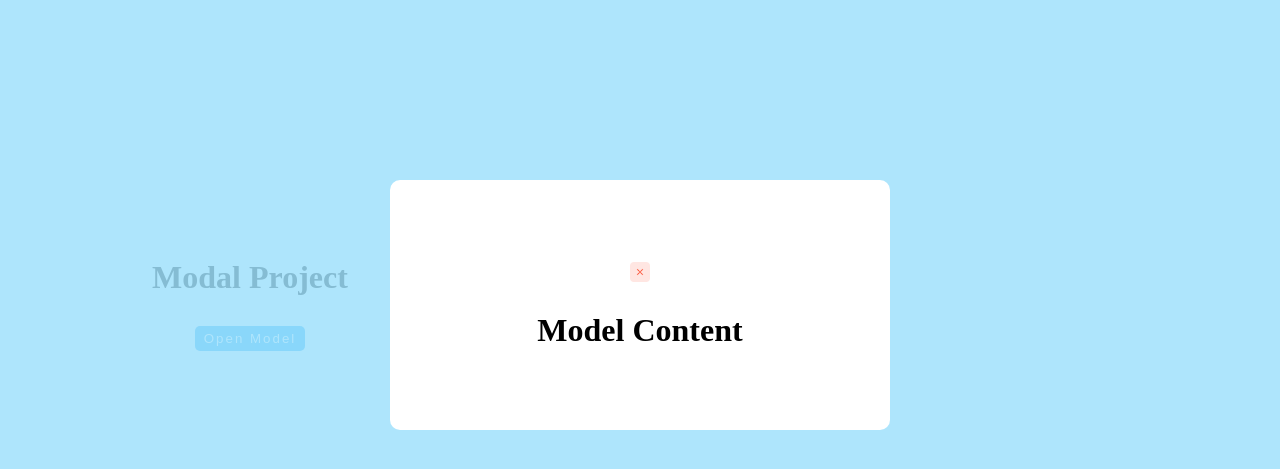
Repository: Trapti10/20-js-practice-projects-in-7-days-challenge
Page: Project_4_Modal_Project/index.html
The author's editor kept a copy of each file at every save. The page is drawn from the files as they stood at one save, then again after a run of saves.
The browser window is 1280 px wide. The pictures show the whole page.

Above is the page before, as saved 2025-11-24 11:07:10.

### Project_4_Modal_Project/index.html
<!DOCTYPE html>
<html lang="en">
<head>
    <meta charset="UTF-8">
    <meta name="viewport" content="width=device-width, initial-scale=1.0">
    <title>Modal Project</title>
    <link rel="stylesheet" href="style.css">
</head>
<body>
    <div class="hero">
     <div class="bg-img"  background-img>

    </div>
    <div class="card">
        <h1>Modal Project</h1>

        <button class="Open">
            Open Model
        </button>
       </div>
       </div>
       <div class="modal-overlay">
        <div class="madal-container">
            <img src="assests/close.png" alt="">
            <div class="modalContent">
                <h1>Model Content</h1>
            </div>
        </div>
       </div>
    <script src="script.js"></script>
</body>
</html>

### Project_4_Modal_Project/style.css
*{
    margin: 0;
    padding: 0;
}
.hero{
    place-items: center;
}
.bg-img{
    height: 100vh;
    background-position: center center;
    background-repeat: no-repeat;
    position: relative;
    background-size: max(2200px, 100vw);
    background-image: url("https://png.pngtree.com/thumb_back/fh260/background/20230714/pngtree-simplicity-in-blue-a-living-room-interior-design-with-decor-and-image_3888158.jpg");
    background-repeat: no-repeat;
    align-items: center;
    margin-top: 0;
    align-items: center;

}

.card{
    position: absolute;
    top: 25%;
    background: white;
    min-height: 250px;
    min-width: 500px;
    display: flex;
    justify-content: center;
    align-items:center ;
    flex-direction: column;
    border: none;
    border-radius: 10px;
    gap: 30px;
}

button{
    height: 25px;
    width: 110px;
    color: white;
    background: rgb(29, 166, 246);
    border: none;
    letter-spacing: 2px;
    border-radius: 5px;
    padding: 0 4px;
}

button:hover{
    background: transparent;
    color: black;
    border: 2px solid rgb(29, 166, 246);
}

.modal-overlay{
    background: rgba(159, 225, 252, 0.84);
    position: fixed;
    top: 0;
    left: 0;
    width: 100%;
    height: 100%;
    place-items:center;
    display: grid;
    transition: 400ms ease;
    /* visibility: visible; */
    /* z-index: -10; */
}

.madal-container{
    position: absolute;
    top: 25%;
    background: white;
    min-height: 250px;
    min-width: 500px;

    display: flex;
    justify-content: center;
    align-items:center ;
    flex-direction: column;
    border: none;
    border-radius: 10px;
    gap: 30px;
}

.madal-container img{
    height: 20px;
    right: 0;
}

Loaded but not shown: Project_4_Modal_Project/script.js (no stored copy; drawn as an empty file)

After the next 2 saves:
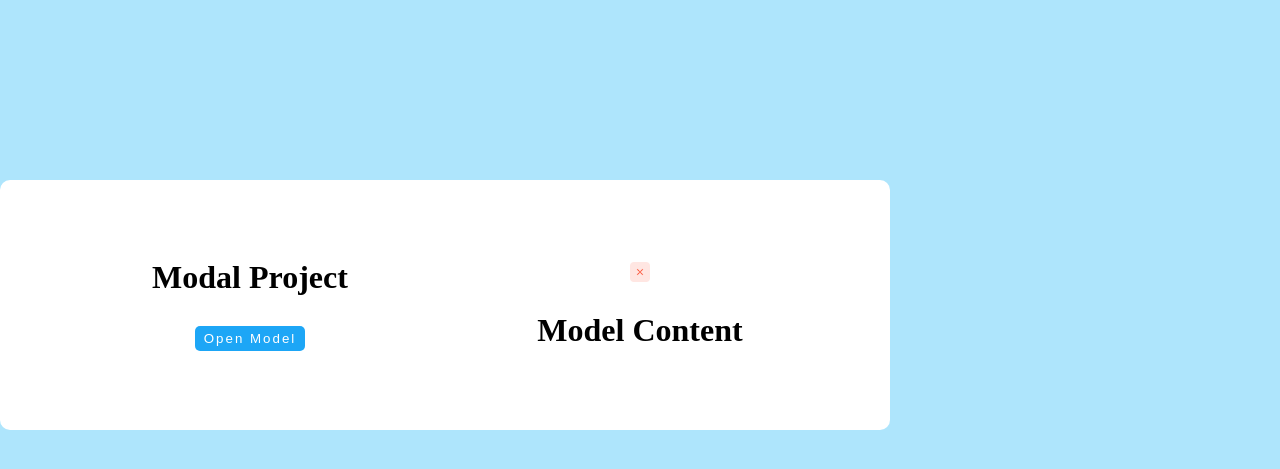
The 2 saves are shown as one change because they came seconds apart.
The last was saved 14 s later.
--- a/Project_4_Modal_Project/style.css
+++ b/Project_4_Modal_Project/style.css
@@ -61,8 +61,8 @@
     place-items:center;
     display: grid;
     transition: 400ms ease;
-    /* visibility: visible; */
-    /* z-index: -10; */
+    visibility: visible;
+    z-index: -10;
 }
 
 .madal-container{

After the save that followed:
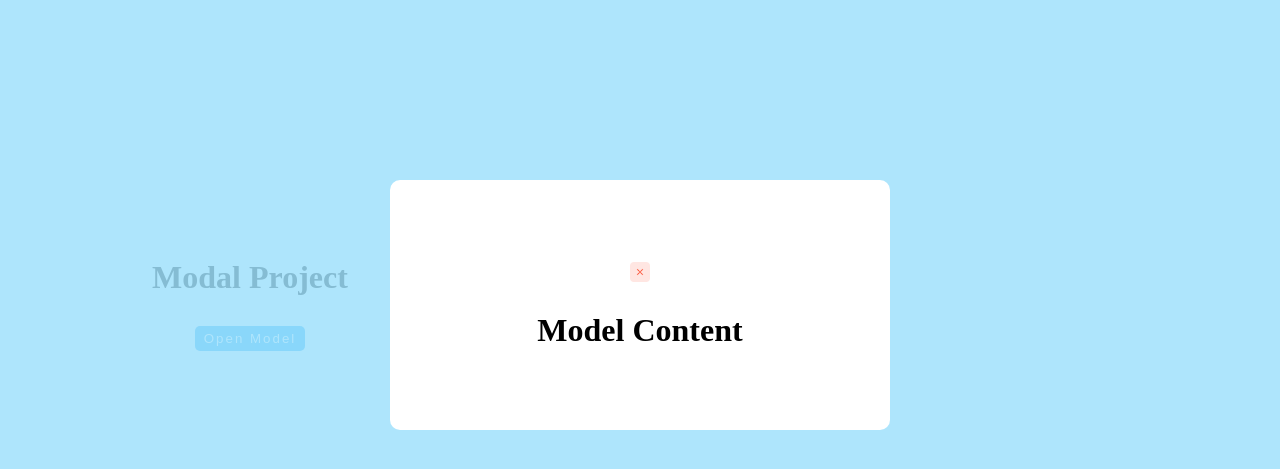
Saved 5 s later.
--- a/Project_4_Modal_Project/style.css
+++ b/Project_4_Modal_Project/style.css
@@ -61,8 +61,8 @@
     place-items:center;
     display: grid;
     transition: 400ms ease;
-    visibility: visible;
-    z-index: -10;
+    /* visibility: visible; */
+    /* z-index: -10; */
 }
 
 .madal-container{
